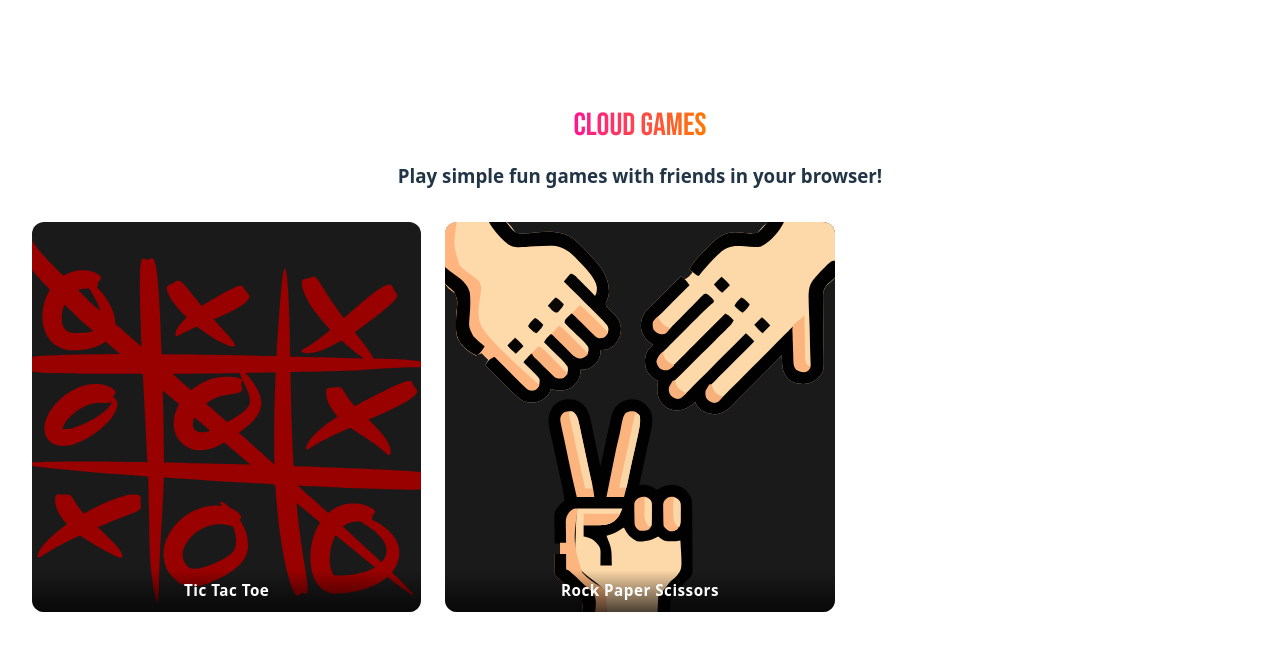
Repository: Sadotib/cloud-games
Page: / (app in client/)
An editor plug-in stored every save of this project. The page is shown before and after the next save, followed by the edit.
The browser window is 1280 px wide. The pictures show the whole page.
The project was rebuilt for these pictures with package versions that can differ from the ones it lists, and the page was loaded fresh each time. Also part of the build but not shown: client/vite.config.js.

Above is the page before, as saved 2025-12-21 22:07:19.
Console error: TypeError: Cannot read properties of null (reading 'addEventListener')

### client/index.html
<!doctype html>
<html lang="en">
  <head>
    <meta charset="UTF-8" />
    <meta name="viewport" content="width=device-width, initial-scale=1.0" />
     <!-- Webfonts and page styles: black background, gradient headings -->
    <!-- // <link href="https://fonts.googleapis.com/css2?family=Inter:wght@300;400;600;800&family=Lobster&display=swap" rel="stylesheet"> -->
    <link rel="preconnect" href="https://fonts.googleapis.com">
    <link rel="preconnect" href="https://fonts.gstatic.com" crossorigin>
    <link href="https://fonts.googleapis.com/css2?family=Bebas+Neue&display=swap" rel="stylesheet">
    <title>cloud game</title>
  </head>
  <body>
    <!-- <h1>Cloud Game</h1> -->
    <div id="app"></div>
    <script type="module" src="src/main.js"></script>
  </body>
</html>

### client/src/main.js
import './style.css'
import { startNewGame } from './api/newgame.js'
import { joinGame } from './api/joingame.js'


document.querySelector('#app').innerHTML = `
  <div>
    <h1 class="font-semibold text-center bebas-neue-regular gradient-text hero-title">Cloud Games</h1>
    <h3>Play simple fun games with friends in your browser!</h3>

    <div class="grid">
    <!-- Game Tile -->
      <div class="game-tile">
        <img src="/tictactoe.svg" alt="Tic Tac Toe" />
        <div class="game-label">Tic Tac Toe</div>
      </div>

      <div class="game-tile">
        <img src="/rps.svg" alt="Rock Paper Scissors" />
        <div class="game-label">Rock Paper Scissors</div>
      </div>
    </div>
  </div>
`

startNewGame()

joinGame()

### client/src/style.css
:root {
  font-family: system-ui, Avenir, Helvetica, Arial, sans-serif;
  line-height: 1.5;
  font-weight: 400;

  color-scheme: light dark;
  color: rgba(255, 255, 255, 0.87);
  background-color: #242424;

  font-synthesis: none;
  text-rendering: optimizeLegibility;
  -webkit-font-smoothing: antialiased;
  -moz-osx-font-smoothing: grayscale;
}

a {
  font-weight: 500;
  color: #646cff;
  text-decoration: inherit;
}

a:hover {
  color: #535bf2;
}

body {
  margin: 0;
  display: flex;
  place-items: center;
  min-width: 320px;
  min-height: 100vh;
}

/* Stylised heading with hot-pink to bright-orange gradient */
.bebas-neue-regular {
  font-family: "Bebas Neue", sans-serif;
  font-weight: 400;
  font-style: normal;
  font-size: 200%;
}


.gradient-text {
  display: inline-block;
  background: linear-gradient(90deg, #ff1493 0%, #ff7a00 100%);
  /* hot pink -> bright orange */
  -webkit-background-clip: text;
  -webkit-text-fill-color: transparent;
  background-clip: text;
  color: transparent;
}

h1 {
  font-size: 3.2em;
  line-height: 1.1;
  margin: auto;
}

#app {
  max-width: 1280px;
  margin: 0 auto;
  padding: 2rem;
  text-align: center;
}

.logo {
  height: 6em;
  padding: 1.5em;
  will-change: filter;
  transition: filter 300ms;
}

.logo:hover {
  filter: drop-shadow(0 0 2em #646cffaa);
}

.logo.vanilla:hover {
  filter: drop-shadow(0 0 2em #f7df1eaa);
}

.card {
  padding: 2em;
}

.read-the-docs {
  color: #888;
}

button {
  border-radius: 8px;
  border: 1px solid transparent;
  padding: 0.6em 1.2em;
  font-size: 1em;
  font-weight: 500;
  font-family: inherit;
  background-color: #1a1a1a;
  cursor: pointer;
  transition: border-color 0.25s;
}

button:hover {
  border-color: #646cff;
}

button:focus,
button:focus-visible {
  outline: 4px auto -webkit-focus-ring-color;
}

@media (prefers-color-scheme: light) {
  :root {
    color: #213547;
    background-color: #ffffff;
  }

  a:hover {
    color: #747bff;
  }

  button {
    background-color: #f9f9f9;
  }
}

.grid {
  display: grid;
  grid-template-columns: repeat(3, 1fr);
  /* 3 columns */
  gap: 1.5rem;
  margin-top: 2rem;
}

/* Game tile */
.grid>div {
  aspect-ratio: 1 / 1;
  /* perfect square */
  background-color: #1a1a1a;
  border-radius: 12px;
  overflow: hidden;
  cursor: pointer;

  display: flex;
  align-items: center;
  justify-content: center;

  transition: transform 0.2s ease, box-shadow 0.2s ease;
}

.grid>div:hover {
  transform: translateY(-4px);
  box-shadow: 0 10px 25px rgba(0, 0, 0, 0.4);
}

/* Image inside tile */
.grid img {
  width: 100%;
  height: 100%;
  object-fit: cover;
}

.game-tile {
  position: relative;
  aspect-ratio: 1 / 1;
  background-color: #1a1a1a;
  border-radius: 12px;
  overflow: hidden;
  cursor: pointer;

  transition: transform 0.2s ease, box-shadow 0.2s ease;
}

.game-tile:hover {
  transform: translateY(-4px);
  box-shadow: 0 10px 25px rgba(0, 0, 0, 0.4);
}

.game-tile img {
  width: 100%;
  height: 100%;
  object-fit: cover;
}

/* Label overlay */
.game-label {
  position: absolute;
  bottom: 0;
  width: 100%;
  padding: 0.6rem 0;
  text-align: center;

  background: linear-gradient(to top,
      rgba(0, 0, 0, 0.7),
      rgba(0, 0, 0, 0));

  color: #fff;
  font-weight: 600;
  letter-spacing: 0.5px;
  font-size: 0.95rem;
}

### client/src/api/newgame.js
import { showGameScreen } from "../ui.js"
import { connectWebSocket } from "./websocket.js"


// let playerId = "bitopan"

export function addLog(msg) {
    const logBox = document.getElementById("log")
    logBox.textContent += msg + "\n"
    logBox.scrollTop = logBox.scrollHeight
}

export function startNewGame() {
    const startBtn = document.getElementById("startBtn")
    startBtn.addEventListener("click", async () => {
        console.log("Starting game...");
        addLog("Starting game...");

        try {
            const response = await fetch("http://localhost:8080/game/create/", {
                method: "GET",
                headers: {
                    "Content-Type": "application/json"
                }
            });

            const data = await response.json();
            const playerId = data.playerId;
            console.log("Game created:", data.gameId, "Player ID:", playerId);
            addLog("Game created with ID: " + data.gameId);

            const gameId = data.gameId;

            connectWebSocket("create", gameId, playerId);


            // alert(`Game created with ID: ${data.gameId}`);
        } catch (error) {
            console.error("Error creatin game:", error);
        }
    });

}

### client/src/api/joingame.js
import { connectWebSocket } from './websocket.js'
import { addLog } from './newgame.js'
import { showGameScreen } from '../ui.js';

export function joinGame(element) {

    const joinBtn = document.getElementById("joinBtn")



    joinBtn.addEventListener("click", async () => {
        const gameId = document.getElementById("gameIdInput").value

        console.log("Game ID to join:", gameId);

        if (!gameId) {
            alert("No Game ID provided")
            return
        }

        try {
            const response = await fetch(`http://localhost:8080/game/join/${gameId}`, {
                method: "GET",
                headers: {
                    "Content-Type": "application/json"
                }
            });

            const data = await response.json();
            const playerId = data.playerId;
            console.log("Game created:", gameId, "Player ID:", playerId);
            addLog("Game joinded with ID: " + gameId);



            // connectWebSocket("create", gameId, playerId);

            console.log("Joining game...");

            try {
                connectWebSocket("join", gameId, playerId);

                // alert(`Game created with ID: ${data.gameId}`);
            } catch (error) {
                console.error("Error joining game:", error);
            }


            // alert(`Game created with ID: ${data.gameId}`);
        } catch (error) {
            console.error("Error connecting to game:", error);
        }



    });

}

### client/src/ui.js
import { quitGame } from './api/quitgame.js'
import { startNewGame } from './api/newgame.js'
import { joinGame } from './api/joingame.js'

export function showGameScreen(gameId, playerId) {
    document.querySelector('#app').innerHTML = `
        <div>
            <h2>Game ID: ${gameId}</h2>
            <h3>Player ID: ${playerId}</h3>
            <button id="quitBtn">Quit Game</button>
            <div id="roomStatus" style="white-space: pre-wrap; border: 1px solid #ccc; height: 300px; overflow-y: scroll; margin-top: 10px;"></div>
        </div>
    `;
    quitGame(playerId);
}

export function showHomeScreen() {
    document.querySelector('#app').innerHTML = `
      <div>
          <button id="startBtn">Start Game</button>


          <pre id="log" style="
            margin-top:20px;
            border:1px solid #ccc;
            padding:10px;
            height:200px;
            overflow-y:auto;
            background:#f7f7f7;
            color: grey;
            text-align: left;
          ">
          </pre>

          <div style="margin-top:20px;">
            <input id="gameIdInput" placeholder="Enter Game ID" />
            <button id="joinBtn">JOIN</button>
          </div>

        </div>
      `

    startNewGame()

    joinGame()
}

export function updateRoomStatusUI({ playerCount, players }) {
    const statusBox = document.getElementById("roomStatus");

    statusBox.innerHTML = `
        <p><strong>Players in Room:</strong> ${playerCount}</p>
        <ul>${players.map(p => `<li>${p}</li>`).join("")}</ul>
    `;
}

### client/src/api/websocket.js
import { addLog } from "./newgame.js"
import { showGameScreen } from "../ui.js"
import { updateRoomStatusUI } from "../ui.js"


let socket = null;

export function connectWebSocket(action, gameId, playerId) {

    const wsUrl = `ws://localhost:8080/ws/${action}/${gameId}/${playerId}`
    addLog("Connecting WebSocket → " + wsUrl)

    socket = new WebSocket(wsUrl)

    socket.onopen = () => {

        addLog("WebSocket CONNECTED")

        showGameScreen(gameId, playerId);   // ⬅ open game screen here!
    }
    socket.onclose = () => addLog("WebSocket DISCONNECTED")
    socket.onerror = (err) => addLog("WebSocket ERROR: " + err)
    socket.onmessage = (event) => {

        console.log("WebSocket message event:", event);
        console.log("WebSocket message data (raw):", event.data);
        const data = JSON.parse(event.data);
        console.log("WebSocket message data:", data);

        if (data.type === "room_status") {
            updateRoomStatusUI(data);
            return;
        }
        addLog("Received → " + event.data)
    }
    // // STEP 3: Send a WebSocket message
    // sendBtn.addEventListener("click", () => {
    //     if (!socket || socket.readyState !== WebSocket.OPEN) {
    //         addLog("Cannot send message: WebSocket not open")
    //         return
    //     }

    //     const text = document.getElementById("msgInput").value
    //     const msg = JSON.stringify({
    //         type: "chat",
    //         from: playerId,
    //         text: text
    //     })

    //     socket.send(msg)
    //     addLog("Sent → " + text)
    // })
}

export function disconnectWebSocket(playerId) {
    if (!socket) {
        console.log("No active WebSocket to disconnect");
        addLog("No active WebSocket to disconnect");
        return;
    }

    if (socket.readyState === WebSocket.OPEN) {
        socket.close(1000, `${playerId} closed connection`);
        console.log(`WebSocket CLOSED by ${playerId}`);
    } else {
        console.log("WebSocket was not open");
        addLog("WebSocket was not open");
    }

    socket = null; // optional: cleanup
}

### client/src/api/quitgame.js
import { connectWebSocket, disconnectWebSocket } from './websocket.js'
import { addLog } from './newgame.js'
import { showHomeScreen } from '../ui.js';

export function quitGame(playerId) {

    const quitBtn = document.getElementById("quitBtn")

    quitBtn.addEventListener("click", async () => {
        console.log("Quitting game...");

        try {
            disconnectWebSocket(playerId);
            showHomeScreen();
            // alert(`Game created with ID: ${data.gameId}`);
        } catch (error) {
            console.error("Error quitting game:", error);
        }
    });

}

After the next save:
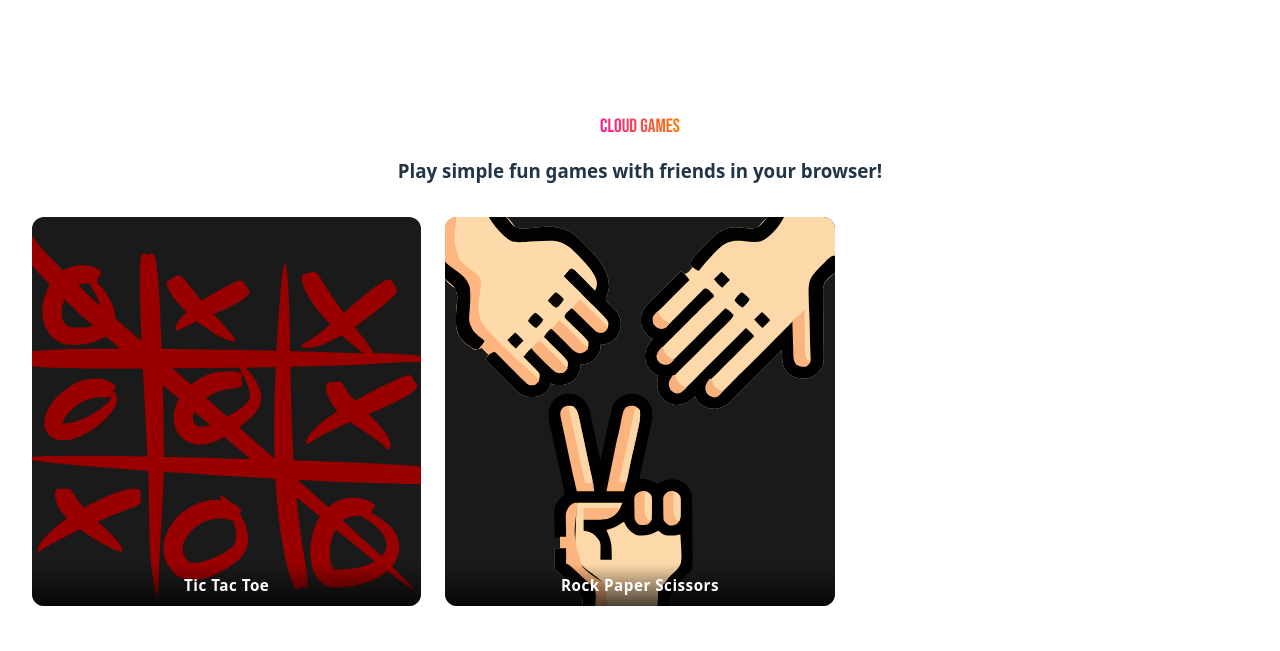
Saved 6 s later.
--- a/client/src/style.css
+++ b/client/src/style.css
@@ -36,7 +36,7 @@
   font-family: "Bebas Neue", sans-serif;
   font-weight: 400;
   font-style: normal;
-  font-size: 200%;
+  font-size: larger;
 }
 
 
